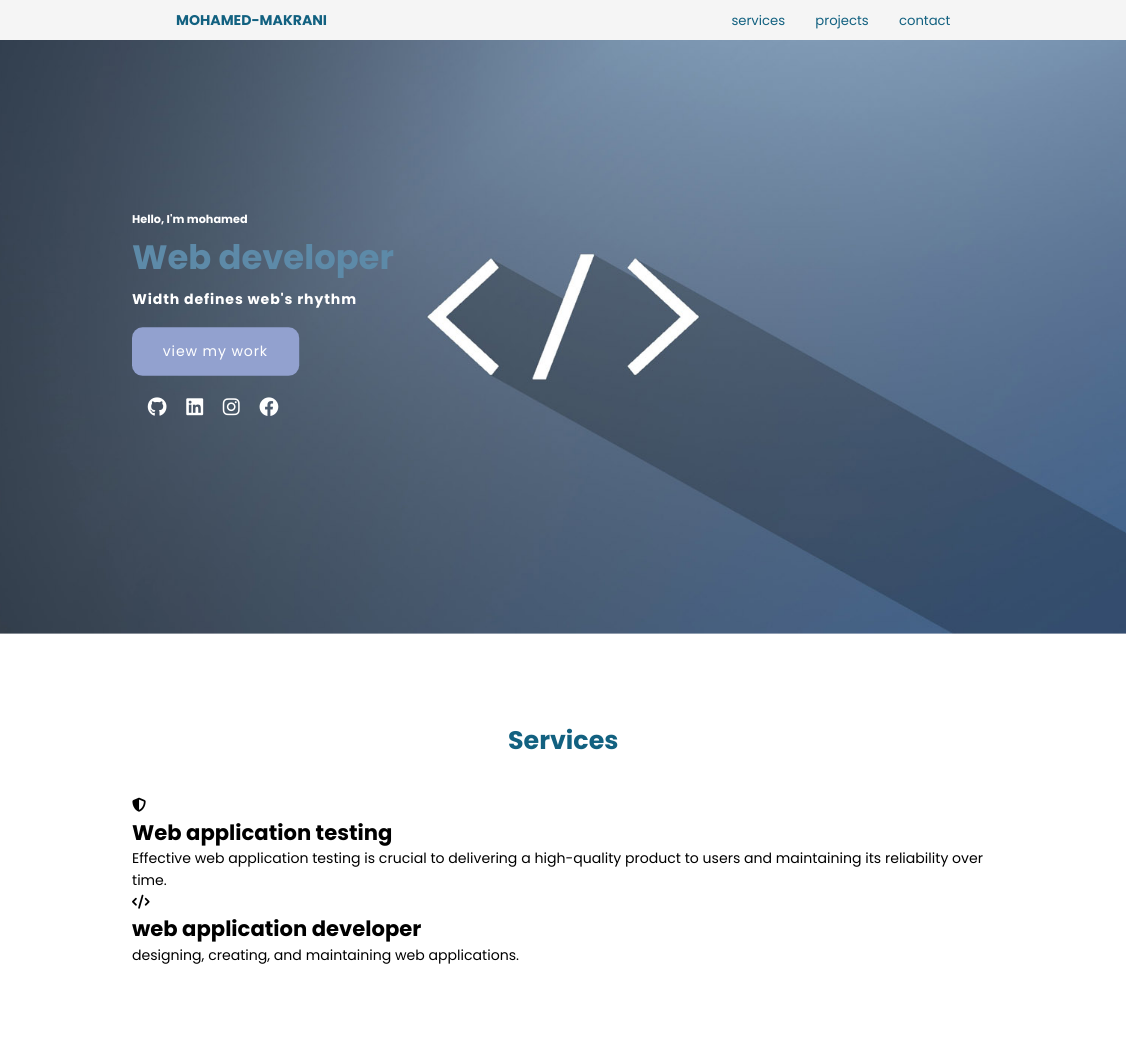
Repository: mohamed-makrani/Portfolio
Page: indixe.html
These files come from the project's save history. The page is drawn as it stood at one moment and after the next save; the edit follows.
The browser window is 1280 px wide. The pictures show the whole page, at 88% of full size.
Backgrounds fixed to the window are drawn as part of the page.

Above is the page before, as saved 2023-09-16 20:05:22.

After the next save:
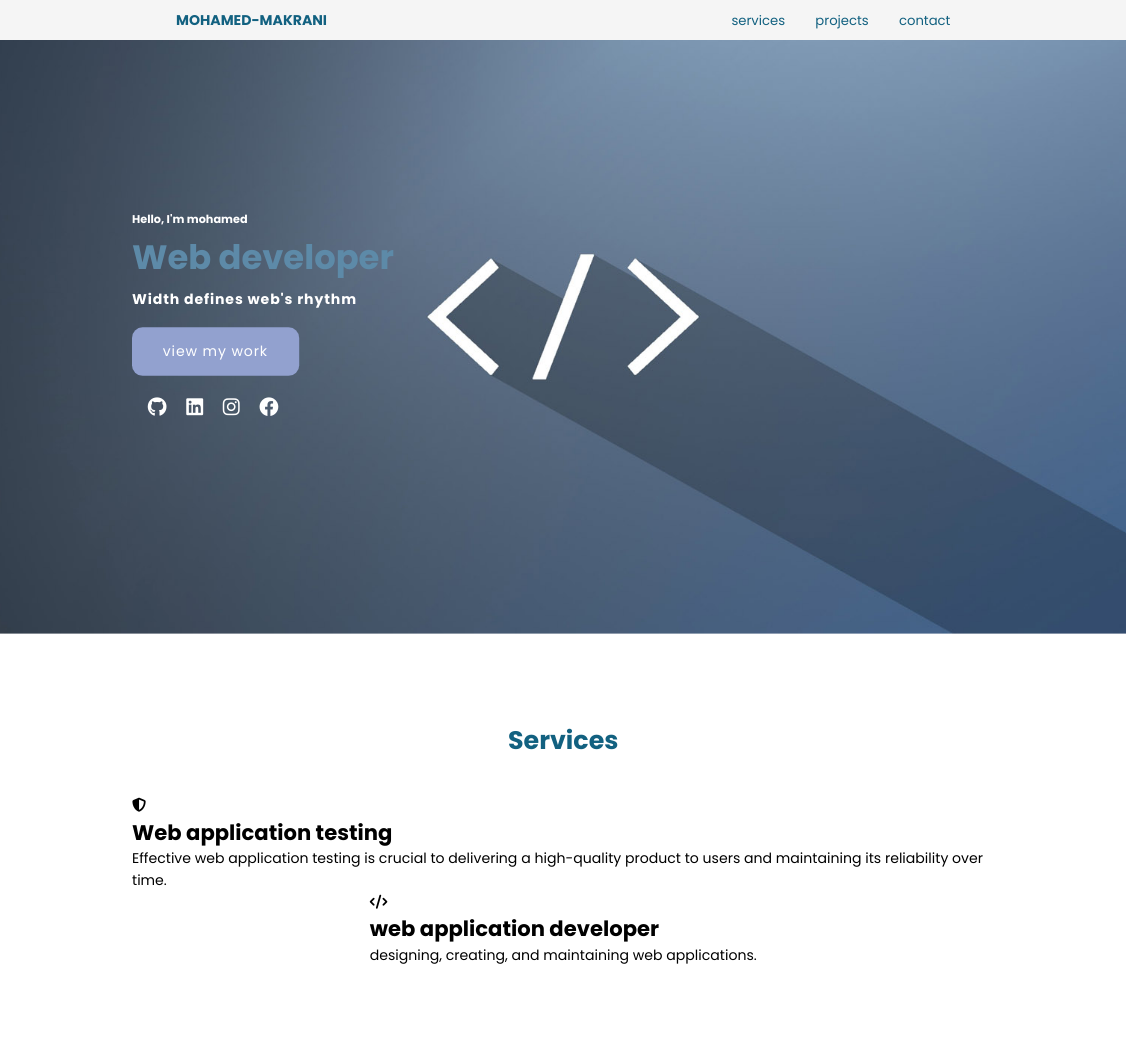
Saved 13 s later.
--- a/style.css
+++ b/style.css
@@ -118,9 +118,9 @@ transition: 0.7s ease;
    font-weight: 700px;
    margin-bottom: 40px;
 }
-/*.content{
+.content{
    display: flex;
    justify-content: center;
    flex-direction: row;
    flex-wrap: wrap;
-}*/
+}
